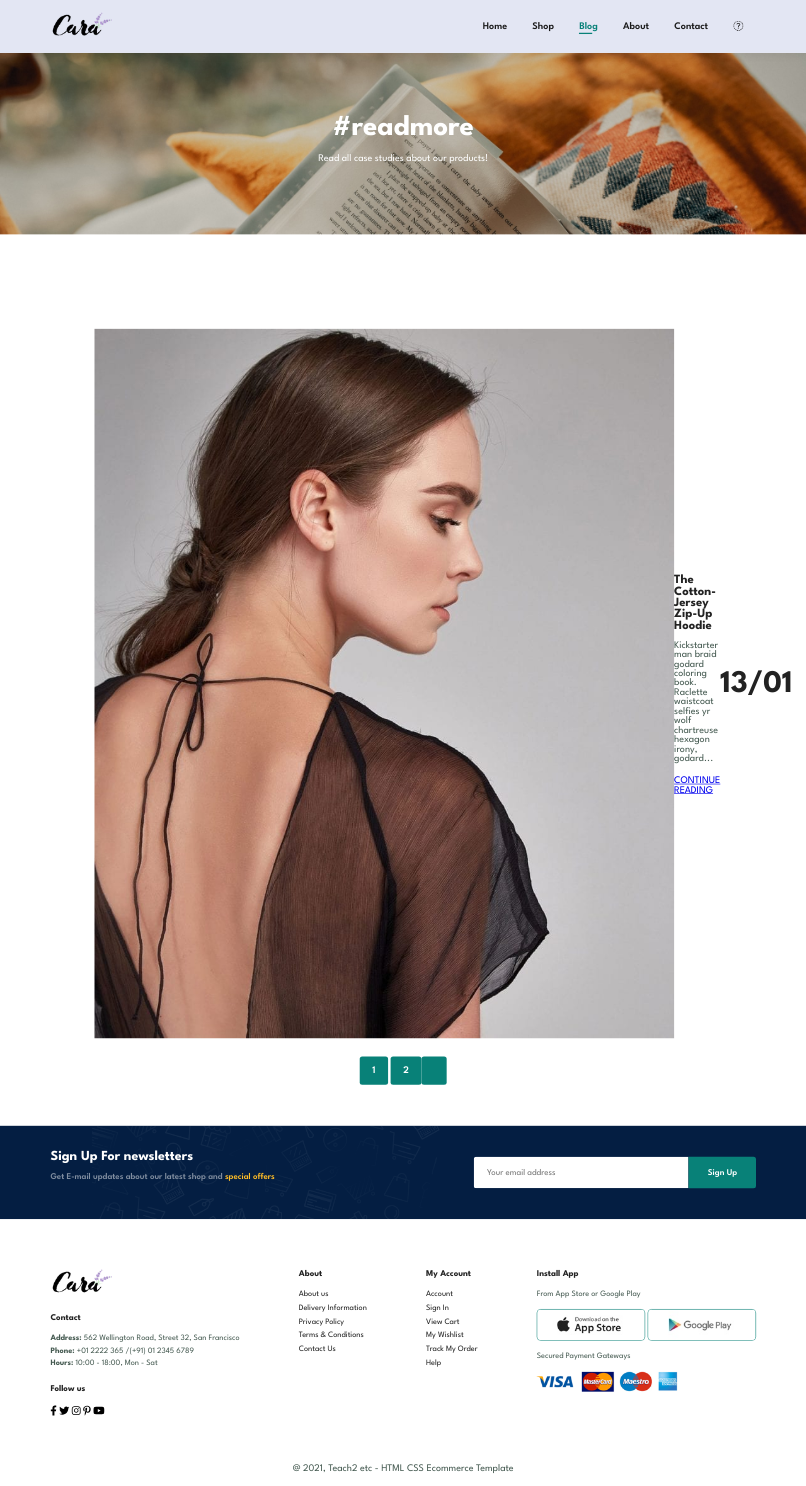
Repository: quy261001/cara
Page: blog.html
These files come from the project's save history. The page is drawn as it stood at one moment and after the next save; the edit follows.
The browser window is 1280 px wide. The pictures show the whole page, at 63% of full size.

Above is the page before, as saved 2022-05-03 22:18:26.

### blog.html
<!DOCTYPE html>
<html lang="en">
<head>
  <meta charset="UTF-8">
  <meta http-equiv="X-UA-Compatible" content="IE=edge">
  <meta name="viewport" content="width=device-width, initial-scale=1.0">
  <link rel="stylesheet" href="style.css">
  <title>Cara Blog</title>
</head>
<body>
  <section class="header">
    <a href="#"><img src="img/logo.png" class="logo" alt=""></a>

    <div>
      <ul class="navbar">
        <li><a href="index.html">Home</a></li>
        <li><a href="shop.html">Shop</a></li>
        <li><a class="active" href="blog.html">Blog</a></li>
        <li><a href="about.html">About</a></li>
        <li><a href="contact.html">Contact</a></li>
        <li class="lg-bag"><a href="cart.html"><i class="far fa-shopping-bag"></i></a></li>
        <a href="#" class="close"><i class="far fa-times"></i></a>
      </ul>
    </div>
    <div class="mobile">
      <a href="cart.html"><i class="menu far fa-shopping-bag"></i></a>
      <div class="bar">
        <i class=" fas fa-outdent"></i>
      </div>
    </div>
  </section>

  <section class="page-header blog-header">
    <h2>#readmore</h2>
    <p>Read all case studies about our products!</p>
  </section>

  <section class="blog">
    <div class="blog-box">
      <div class="blog-img">
        <img src="img/blog/b1.jpg" alt="">
      </div>
      <div class="blog-details">
        <h4>The Cotton-Jersey Zip-Up Hoodie</h4>
        <p>Kickstarter man braid godard coloring book. Raclette waistcoat selfies yr wolf chartreuse hexagon irony, godard...</p>
        <a href="#">CONTINUE READING</a>
      </div>
      <h1>13/01</h1>
    </div>
  </section>

  <section class="pagination section-p1">
    <a href="#">1</a>
    <a href="#">2</a>
    <a href="#"><i class="next fal fa-long-arrow-alt-right"></i></a>
  </section>

  <section class="newsletter section-p1 section-m1">
      <div class="newstext">
          <h4>Sign Up For newsletters</h4>
          <p>Get E-mail updates about our latest shop and <span>special offers</span></p>
      </div>
      <div class="form">
        <input type="text" placeholder="Your email address">
        <button class="normal">Sign Up </button>
      </div>
  </section>

  <footer class="section-p1">
    <div class="col">
      <img class="logo" src="img/logo.png" alt="">
      <h4>Contact</h4>
      <p><strong>Address: </strong>562 Wellington Road, Street 32, San Francisco</p>
      <p><strong>Phone: </strong>+01 2222 365 /(+91) 01 2345 6789</p>
      <p><strong>Hours: </strong>10:00 - 18:00, Mon - Sat</p>
      <div class="follow">
        <h4>Follow us</h4>
        <div class="icon">
          <i class="fab fa-facebook-f"></i>
          <i class="fab fa-twitter"></i>
          <i class="fab fa-instagram"></i>
          <i class="fab fa-pinterest-p"></i>
          <i class="fab fa-youtube"></i>
        </div>
      </div>
    </div>

    <div class="col">
      <h4>About</h4>
      <a href="#">About us</a>
      <a href="#">Delivery Information</a>
      <a href="#">Privacy Policy</a>
      <a href="#">Terms & Conditions</a>
      <a href="#">Contact Us</a>
    </div>

    <div class="col">
      <h4>My Account</h4>
      <a href="#">Account</a>
      <a href="#">Sign In</a>
      <a href="#">View Cart</a>
      <a href="#">My Wishlist</a>
      <a href="#">Track My Order</a>
      <a href="#">Help</a>
    </div>

    <div class="col install">
      <h4>Install App</h4>
      <p>From App Store or Google Play</p>
      <div class="row">
        <img src="img/pay/app.jpg" alt="">
        <img src="img/pay/play.jpg" alt="">
      </div>
      <p>Secured Payment Gateways</p>
      <img src="img/pay/pay.png" alt="">
    </div>
  </footer>
  <section>
    <div class="copyright">
      <p>@ 2021, Teach2 etc - HTML CSS Ecommerce Template</p>
    </div>
  </section>
  <script src="script.js"></script>
  <script defer src="https://pro.fontawesome.com/releases/v5.15.4/js/all.js"></script>
</body>
</html>

### style.css
@import url('https://fonts.googleapis.com/css2?family=League+Spartan:wght@100;200;300;400;500;600;700;800;900&display=swap');
* {
  margin: 0;
  padding: 0;
  box-sizing: border-box;
  font-family: 'League Spartan', sans-serif;
}
h1 {
  font-size: 50px;
  line-height: 64px;
  color: #222;
}
h2 {
  font-size: 46px;
  line-height: 53px;
  color: #222;
}
h4 {
  font-size: 20px;
  color: #222;
}
h6 {
  font-weight: 700;
  font-size: 12px;
}
p {
  font-size: 16px;
  color: #465b52;
  margin: 15px 0 20px 0;
}
.section-p1 {
  padding: 40px 80px;
}
.section-m1 {
  margin: 40px 0;
}
button.normal {
  font-size: 14px;
  font-weight: 600;
  padding: 15px 30px;
  color: #000;
  background-color: #fff;
  border-radius: 4px;
  cursor: pointer;
  border: none;
  outline: none;
  transition: 0.2s;
}
button.while {
  font-size: 13px;
  font-weight: 600;
  padding: 11px 22px;
  color: #000;
  background-color: transparent;
  cursor: pointer;
  border: 1px solid #fff;
  outline: none;
  transition: 0.2s;
}
body {
  width: 100%;
}

/* Header-start */
.header {
  display: flex;
  justify-content: space-between;
  align-items: center;
  padding: 20px 80px;
  background-color: #E3E6F3;
  box-shadow: 0 5px 15px rgba(0, 0, 0, 0.06);
  z-index: 999;
  position: sticky;
  top: 0;
  left: 0;
}

.navbar {
  display: flex;
  align-items: center;
  justify-content: center;
}

.navbar li {
  list-style: none;
  padding: 0 20px;
  position: relative;
}

.navbar li a {
  text-decoration: none;
  font-size:16px;
  font-weight: 600;
  color: #1a1a1a;
  transition: 0.3s ease;
}

.navbar li a:hover,
.navbar li a.active {
  color: #088178;
}

.navbar li a.active::after,
.navbar li a:hover::after {
  content: "";
  width: 30%;
  height: 2px;
  background-color: #088178;
  position: absolute;
  bottom: -4px;
  left: 20px;
}
.mobile {
  display: none;
  align-items: center;
}
.close {
  display: none;
}
/* Home page */
.hero {
  background-image: url("img/hero4.png");
  height: 90vh;
  width: 100%;
  background-position: top 25% right 0;
  background-size: cover;
  display: flex;
  justify-content: center;
  align-items: flex-start;
  flex-direction: column;
  padding: 0 80px;
}

.hero h4 {
  padding-bottom: 15px;
}

.hero h1 {
  color: #088178;
}

.hero button {
  background-image: url("img/button.png");
  background-color: transparent;
  color: #088178;
  border: 0;
  padding: 14px 80px 14px 80px;
  background-repeat: no-repeat;
  cursor: pointer;
  font-weight: 700;
}

.feature {
  display: flex;
  align-items: center;
  justify-content: space-between;
  flex-wrap: wrap;
}

.feature .fe-box {
   width: 180px;
   text-align: center;
   padding: 25px 15px;
   box-shadow: 20px 20px 34px rgba(0, 0, 0, 0.03);
   border: 1px solid #cce7d0;
   border-radius: 4px;
   margin: 15px 0;
}

.feature .fe-box:hover {
  box-shadow: 10px 10px 54px rgba(70, 62, 221, 0.1);
}
.feature .fe-box img {
  width: 100%;
  margin-bottom: 10px;
}
.feature .fe-box h6 {
  display: inline-block;
  padding: 9px 8px 6px 8px;
  line-height: 1;
  border-radius: 4px;
  color: #088178;
  background-color: #fddde4;
}
.feature .fe-box:nth-child(2) h6 {
  background-color: #cdebbc;
}
.feature .fe-box:nth-child(3) h6 {
  background-color: #d1e8f2;
}
.feature .fe-box:nth-child(4) h6 {
  background-color: #cdd4f8;
}
.feature .fe-box:nth-child(5) h6 {
  background-color: #f6dbf6;
}
.feature .fe-box:nth-child(6) h6 {
  background-color: #fff2e5;
}

.product1 {
  text-align: center;
}
.product1 .pro-container {
  display: flex;
  justify-content: space-between;
  flex-wrap: wrap;
  padding-top: 20px;
}
.product1 .pro {
  position: relative;
  width: 23%;
  min-width: 250px;
  padding: 10px 12px;
  border: 1px solid #cce70d;
  border-radius: 25px;
  cursor: pointer;
  box-shadow: 20px 20px 30px rgba(0, 0, 0, 0.02);
  margin: 15px 0;
  transition: 0.2s ease;
}
.product1 .pro:hover {
  box-shadow: 20px 20px 30px rgba(0, 0, 0, 0.06);
}
.product1 .pro img {
  width: 100%;
  border-radius: 20px;
}
.product1 .pro .des {
  text-align: start;
  padding: 10px 0;
}
.product1 .pro .des span {
  color: #606063;
  font-size: 12px;
}
.product1 .pro .des h5 {
  padding-top: 7px;
  color: #1a1a1a;
  font-size: 14px;
}
.star {
  font-size: 12px;
  color: rgb(243, 181, 25);
}
.product1 .pro .des h4 {
  padding-top: 7px;
  font-size: 15px;
  font-weight: 700;
  color: #088178;
}
.product1 .pro .cart {
  width: 40px;
  height: 40px;
  line-height: 40px;
  border-radius: 50px;
  background-color: #e8f6ea;
  font-weight: 500;
  color: #088178;
  border: 1px solid #cce7d0;
  padding: 10px;
  position: absolute;
  bottom: 20px;
  right: 10px;
}

.banner {
  display: flex;
  flex-direction: column;
  justify-content: center;
  align-items: center;
  background-image: url("img/banner/b2.jpg");
  width: 100%;
  height: 40vh;
  background-size: cover;
  background-position: center;
}
.banner h4 {
  color: #fff;
  font-size: 16px;
}
.banner h2 {
  color: #fff;
  font-size: 30px;
  padding: 10px 0;
}
.banner h2 span {
  color: #ef3636;
}
.banner button:hover {
  background: #088178;
  color: #fff;
}

.sm-banner {
  display: flex;
  justify-content: space-between;
  flex-wrap: wrap;
}

.sm-banner .banner-box {
  display: flex;
  flex-direction: column;
  justify-content: center;
  align-items: flex-start;
  text-align: center;
  background-image: url("img/banner/b17.jpg");
  min-width: 49%;
  height: 50vh;
  background-size: cover;
  background-position: center;
  padding: 30px;
}
.sm-banner .banner-box2 {
  background-image: url("img/banner/b10.jpg");
}
.sm-banner h4 {
  color: #fff;
  font-size: 30px;
  font-weight: 300;
}
.sm-banner h2 {
  color: #fff;
  font-size: 38px;
  font-weight: 800;
}
.sm-banner span {
  color: #fff;
  font-size: 24px;
  font-weight: 500;
  margin-bottom: 15px;
}
.sm-banner .banner-box:hover button {
  background-color: #088178;
  border: 1px solid #088178;
}

.banner3 {
  display: flex;
  justify-content: space-between;
  flex-wrap: wrap;
}

.banner3 .banner-box {
  display: flex;
  flex-direction: column;
  justify-content: center;
  align-items: flex-start;
  text-align: center;
  background-image: url("img/banner/b7.jpg");
  min-width: 30%;
  height: 30vh;
  background-size: cover;
  background-position: center;
  padding: 20px;
  margin-bottom: 20px;
}

.banner3 .banner-box2 {
  background-image: url("img/banner/b4.jpg");
}

.banner3 .banner-box3 {
  background-image: url("img/banner/b18.jpg");
}

.banner3 h2 {
  color: #fff;
  font-weight: 900;
  font-size: 22px;
}

.banner3 h3 {
  color: #ec544e;
  font-weight: 800;
  font-size: 15px;
}

.newsletter {
  display: flex;
  justify-content: space-between;
  flex-wrap: wrap;
  align-items: center;
  background-image: url("img/banner/b14.png");
  background-repeat: no-repeat;
  background-position: 20% 30%;
  background-color: #041e42;
}
.newsletter h4 {
  font-size: 22px;
  font-weight: 700;
  color: #fff;
}
.newsletter p {
  font-size: 14px;
  font-weight: 600;
  color: #818ea0;
}
.newsletter p span {
  color: #ffbd27;
}

.newsletter .form {
  display: flex;
  width: 40%;
}

.newsletter input {
  height: 3.125rem;
  width: 24.125rem;
  padding: 0 1.25rem;
  font-size: 14px;
  border: 1px solid transparent;
  border-radius: 4px;
  outline: none;
  border-top-right-radius: 0;
  border-bottom-right-radius: 0;
}
.newsletter button {
  background-color: #088178;
  color: #fff;
  white-space: nowrap;
  padding:18px 30px;
  border-top-left-radius: 0;
  border-bottom-left-radius: 0;
}

footer {
  display: flex;
  flex-wrap: wrap;
  justify-content: space-between;
}
footer .col {
  display: flex;
  flex-direction: column;
  align-items: flex-start;
  margin-bottom: 20px;
}
footer .logo {
    margin-bottom: 30px;
}
footer h4 {
  font-size: 14px;
  margin-bottom: 20px;
}
footer p {
  font-size: 13px;
  margin: 0 0 8px 0;
}
footer a  {
  font-size: 13px;
  text-decoration: none;
  color: #222;
  margin-bottom: 10px;
}
footer .follow {
  margin-top: 20px;
}
footer .follow i {
  color: #456b52;
  padding-right: 4px;
  cursor: pointer;
}
footer .install .row img {
  border: 1px solid #088178;
  border-radius: 6px;
}
footer .install img {
  margin: 10px 0 15px 0;
}
footer .folow i:hover,
footer a:hover {
  color: #088178;
}
.copyright {
  width: 100%;
  text-align: center;
}

/* Shop page */
.page-header {
  background-image: url("img/banner/b1.jpg");
  height: 100%;
  height: 40vh;
  background-size: cover;
  display: flex;
  justify-content: center;
  align-items: center;
  flex-direction: column;
  padding: 14px;
}
.page-header h2,
.page-header p {
  color: #fff;

}
.pagination {
  text-align: center;
}
.pagination a {
  text-decoration: none;
  background-color: #088178;
  padding: 15px 20px;
  border-radius: 4px;
  color: #fff;
  font-weight: 600;
}
.pagination .next {
  font-size: 16px;
}

/* Single Product  */
.prodetails {
  display: flex;
  margin-top: 20px;
}
.prodetails .single-pro-image {
  width: 40%;
  margin-right: 50px;
}

.small-img-group {
  display: flex;
  justify-content: space-between;

}
.small-img-col {
  flex-basis: 24%;
  cursor: pointer;
}
.prodetails .single-pro-details {
  width: 50%;
  padding-top: 30px;
}
.prodetails .single-pro-details h4 {
  padding: 40px 0 20px 0;
}
.prodetails .single-pro-details h2 {
  font-size: 26px;
}
.prodetails .single-pro-details select {
  display: block;
  padding: 5px 10px;
  margin-bottom: 10px;
}
.prodetails .single-pro-details input {
  width: 50px;
  height: 47px;
  padding-left: 10px;
  font-size: 16px;
  margin-right: 10px;
}
.prodetails .single-pro-details input:focus {
  outline: none;
}
.prodetails .single-pro-details button {
  background-color: #088178;
  color: #fff;
}
.prodetails .single-pro-details span {
  line-height: 25px;
}

/* Blog page */
.blog-header {
  background-image: url("img/banner/b19.jpg");
}
.blog {
  padding: 150px 150px 0 150px;
}
.blog .blog-box {
  display: flex;
  align-items: center;
  width: 100%;
}
.blog .blog-img {
  width: 50%%;
}


/* Start Media Query */

@media (max-width: 799px) {
  /* .section-p1 {
    padding: 40px 40px;
  } */
  .navbar {
    display: flex;
    flex-direction: column;
    align-items: flex-start;
    justify-content: flex-start;
    position: fixed;
    top: 0;
    right: -300px;
    height: 100vh;
    width: 300px;
    background-color: #E3E6F3;
    box-shadow: 0 40px 60px rgba(0, 0, 0, 0.1);
    padding: 80px 0 0 10px;
    transition: 0.3s;
  }
    .active {
    right: 0px;
  }
  .navbar li {
    margin-bottom: 25px;
  }
  .mobile {
    display: flex;
    align-items: center;
  }
  .mobile .menu {
    /* display: none; */
    color: #1a1a1a;
    font-size: 20px;
    margin-right: 20px;
  }
  .mobile .bar {
    color: #1a1a1a;
    font-size: 20px;
    padding-left: 10px;
  }
  .close {
    display: block;
    position: absolute;
    top: 30px;
    left: 30px;
    color: #222;
    font-size: 24px;
  }
  .lg-bag {
    display: none;
  }
  .hero {
    height: 70vh;
    padding: 0 80px;
    background-position: top 30% right 30%;
  }
  /* .feature {
    justify-content: center;
  }
  .feature .fe-box {
    margin: 15px 15px;
  } */
  .banner {
    height: 20vh;
  }
  .sm-banner .banner-box {
    min-width: 100%;
    height: 30vh;

  }
  .banner3 {
    padding: 0 40px;
  }
  .banner3 .banner-box {
    width: 28%;
  }
  .newsletter .form{
    width: 70%;
  }
}

@media (max-width: 477px) {
  .bar svg {
    pointer-events: none;
  }
  .section-p1 {
    padding: 20px;
  }
  .header {
    padding: 10px 30px;
  }
  h1 {
    font-size: 38px;
  }
  h2 {
    font-size: 32px;
  }
  .hero {
    padding: 0 20px;
    background-position: 55%;
  }
  .feature .fe-box {
    width: 155px;
    margin: 0 0 15px 0;
  }
  .product1 .pro {
    width: 100%;
  }
  .banner {
    height: 40vh;
  }
  .banner h2 {
    text-align: center;
  }
  .sm-banner .banner-box {
    height: 40vh;
  }
  .sm-banner .banner-box2 {
    margin-top: 20px;
  }
  .banner3 {
    padding: 0 20px;
  }
  .banner3 .banner-box {
    width: 100%;
  }
  .newsletter {
    padding: 40px 20px;
  }
  .newsletter .form {
    width: 100%;
  }
  .navbar {
    width: 240px;
  }

  /* Single Product */
  .page-header {
    background-position: top 0 right 50%;
  }
  .prodetails {
    display: flex;
    flex-direction: column;
  }
  .prodetails .single-pro-image {
    width: 100%;
    margin-right: 0px;
  }
  .prodetails .single-pro-details {
    width: 100%;
  }
}

### script.js
const bar = document.querySelector(".bar");
const nav = document.querySelector(".navbar");
const close = document.querySelector(".close");
console.log(bar)
console.log(nav)
if(bar) {
  bar.addEventListener("click", () => {
    nav.classList.add("active");
  })
}
if(close) {
  close.addEventListener("click", () => {
    nav.classList.remove("active");
  })
}

document.addEventListener("click", function(e) {
  if (!nav.contains(e.target) && !e.target.matches(".bar")) {
    nav.classList.remove("active")
  }
})

After the next save:
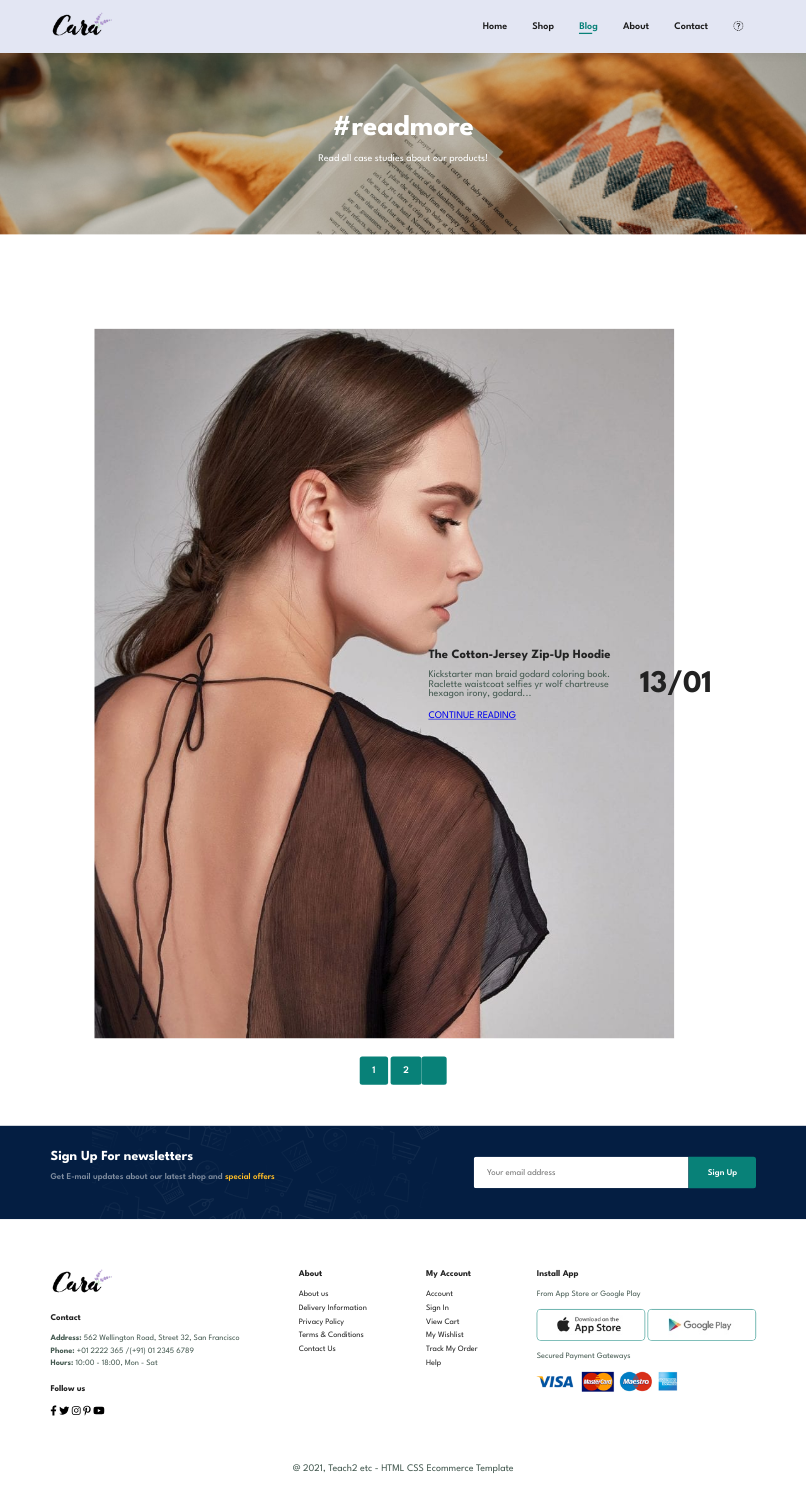
Saved 5 s later.
--- a/style.css
+++ b/style.css
@@ -574,7 +574,8 @@ footer a:hover {
   width: 100%;
 }
 .blog .blog-img {
-  width: 50%%;
+  width: 50%;
+  margin-right: 40px;
 }
 
 
